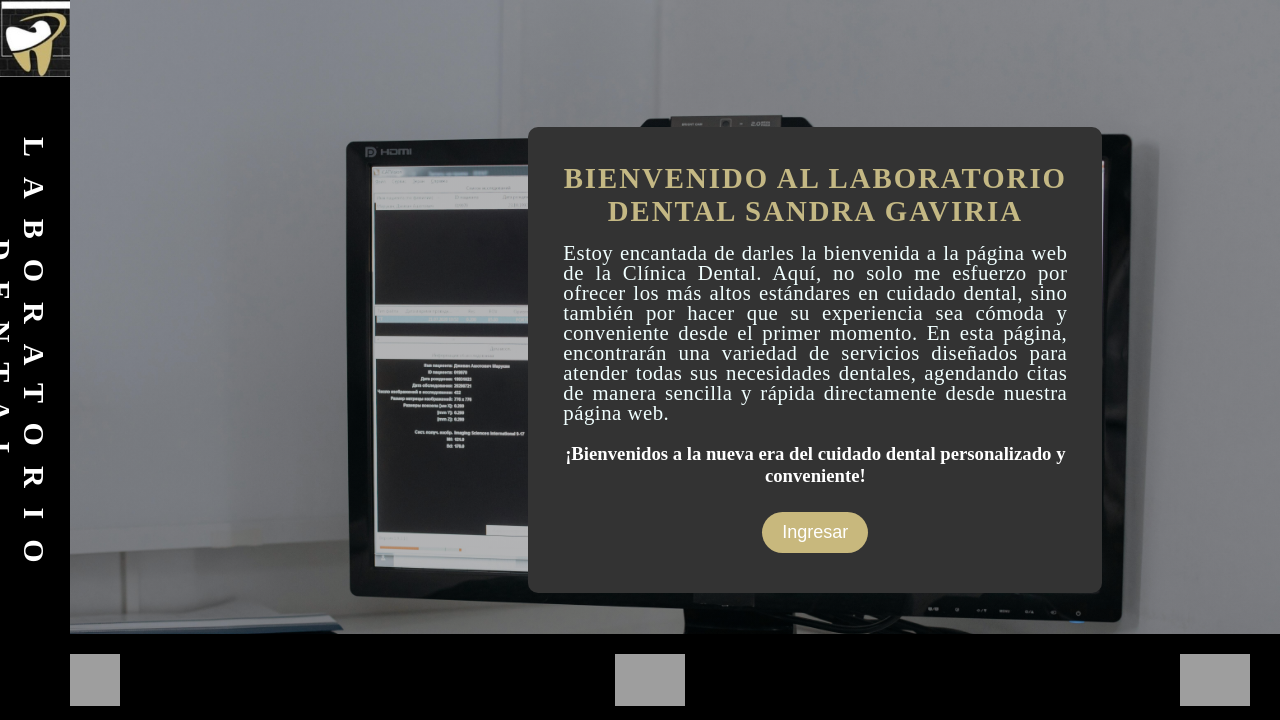
Repository: IIntef/ProyectoDental2.0
Page: Proyecto/Proyecto/Fer.html
An editor plug-in stored every save of this project. The page is shown before and after the next save, followed by the edit.
The browser window is 1280 px wide. The pictures show the whole page.
Pictures or frames that could not be fetched are drawn as grey boxes.

Above is the page before, as saved 2024-06-19 17:12:07.

### Proyecto/Proyecto/Fer.html
<!DOCTYPE html>
<html lang="en">
<head>
    <meta charset="UTF-8">
    <meta name="viewport" content="width=device-width, initial-scale=1.0">
    <title>Inicio</title>
    <link rel="stylesheet" href="StyleFer.css">
<body>
    <header>
        <img src="Logo.jpeg" alt="Logo Laboratorio Dental">
        <h1>LABORATORIO DENTAL</h1>
    </header>
    <main>
        <div class="container">
            <h2>BIENVENIDO AL LABORATORIO DENTAL SANDRA GAVIRIA</h2>
            <p>Estoy encantada de darles la bienvenida a la página web de la Clínica Dental. Aquí, no solo me esfuerzo por ofrecer los más altos estándares
            en cuidado dental, sino también por hacer que su experiencia sea cómoda y conveniente desde el primer momento.
            En esta página, encontrarán una variedad de servicios diseñados para atender todas sus necesidades dentales, agendando citas de manera sencilla y rápida directamente desde nuestra página web.</p>
            <h3>¡Bienvenidos a la nueva era del cuidado dental personalizado y conveniente!</h3>
            <div class="buttons">
                <button id="Ingresar">Ingresar</button>
            </div>
        </div>
    </main>
    <footer>
        <div class="contenedor1">
            <a href="https://www.facebook.com/profile.php?id=100042873386422&mibextid=ZbWKwL" class="icono-link">
                <img src="Facebook.png" alt="Facebook">
            </a>
            <a href="#" class="icono-link">
                <img src="Whatsapp.png" alt="Whatsapp">
            </a>
            <a href="https://maps.app.goo.gl/ANEuUgRV9diJPPBv7" class="icono-link">
                <img src="Ubicacion.png" alt="Ubicacion">
            </a>
        </div>
    </footer>
</body>
</html>

### Proyecto/Proyecto/StyleFer.css
header{
    position: relative;
    background-color: #000000;
    width: fit-content;
    height: 100vh;
    display: flex;
    flex-direction: column;
    align-items: center;
    justify-content: space-between;
    z-index: 1;
}

header h1 {
        position: absolute;
        top: 0;
        bottom: 0;
        left: 0;
        right: 0;
        margin: 27%;
        writing-mode: vertical-rl;
        letter-spacing: 20px;
        font-size: 30px;
        transform: rotate(0deg);
        color: #fff;
        font-weight: bold;
    }


header img {
    width: 8vw;
    max-width: 70px;
}

main{
    width: 100%;
    justify-content:center;
    align-items: center;
    margin-left: calc(55% - 6.5cm);
}

.container{
    flex: 1;
    background-color: #333;
    color: #ffffff;
    padding: 35px;
    text-align: center;
    width: 70vw;
    max-width: 70vh;
    border-radius: 10px;
}
body {
    padding: 0;
    margin: 0;
    font-family: 'Times New Roman', Times, serif, Helvetica, Arial, sans-serif;
    display: flex;
    align-items: center;
    min-height: 100%;
    background: linear-gradient(rgba(5,7,12,0.3), rgba(5,7,12,0.3)), url("Fondo.jpg"), no-repeat center center fixed;
    width: 100%;
    background-size: cover;
}

h1{
    margin: 0;
    color: white;
    font-family: 'Fredoka One', cursive;
    letter-spacing: 2px;
    font-size: clamp(1.5rem, 2.5vw, 2rem);
    text-align: center;
}

h2{
    margin: 0;
    color: #c4b884;
    font-family: 'Fredoka One';
    letter-spacing: 2px;
    font-size: clamp(1.2rem, 2.5vw, 1.8rem);
    text-align:center;
}

h3{
    color: #ffffff;
}

p{
    font-weight: 100;
    line-height: 20px;
    letter-spacing: 0.5px;
    margin: 15px 0 20px;
    font-size: clamp(1.2rem, 2.5vw, 1.3rem);
    text-align: justify;
    color:azure;
}


.buttons {
    margin-top: 20px;
    align-items: center;
}

button {
    font-size: large;
    background-color: #c8b87d;
    color: #ffffff;
    border: none;
    padding: 10px 20px;
    margin: 5px;
    cursor: pointer;
    border-radius: 30px; /* Bordes redondos */
    transition: background-color 0.3s; /* Transición suave del color de fondo */
}

button:hover {
    background-color: #c4b884; /* Cambia el color al pasar el cursor */
}

footer{
    position: fixed; /* Fijar el pie de página */
    bottom: 0; /* Alinearlo al fondo */
    left: 0; /* Alinearlo a la izquierda */
    width: 100%; /* Ocupar todo el ancho */
    background-color: #000000; /* Color de fondo */
    padding: 10px; /* Espaciado interior */
    text-align: right; /* Alinear contenido a la derecha */
    color: #ffffff; /* Color del texto */
}
h6{
    text-align: center;
    letter-spacing: 0cap;
}

footer img {
    width: 8vw;
    max-width: 70px;
}

.contenedor1 {
    max-width: 1200px;
    margin: 0 auto;
    padding: 0 20px;
    display: flex;
    justify-content: space-between;
    flex-basis: 45%;
}

.icono-link {
    margin-top: 10px;
}

.icono-link a {
    display: inline-block;
    margin-right: 10px;
}

.icono-link img {
    width: 8vw;
    max-width: 70px;
}
iframe img{
    width: 8vw;
    max-width: 70px;
}

After the next save:
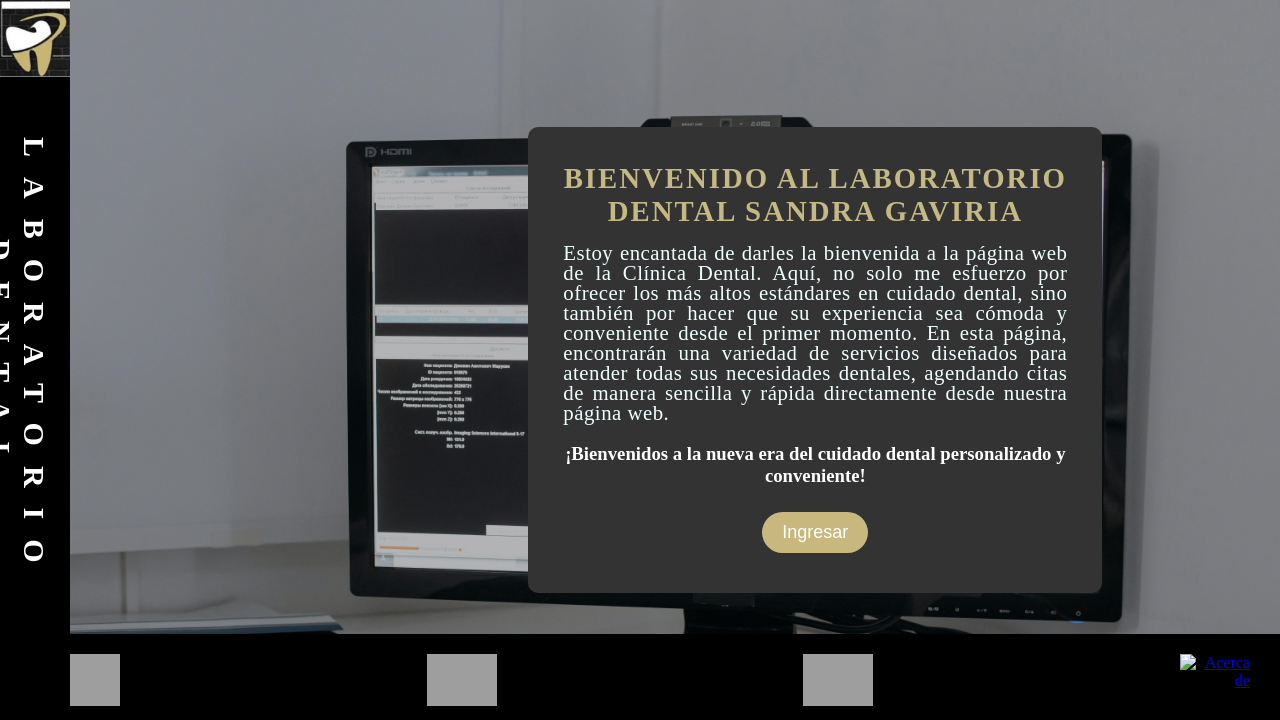
Not found: Proyecto/Proyecto/Acerca.png
Saved 11 min 57 s later.
--- a/Proyecto/Proyecto/Fer.html
+++ b/Proyecto/Proyecto/Fer.html
@@ -33,6 +33,10 @@
             <a href="https://maps.app.goo.gl/ANEuUgRV9diJPPBv7" class="icono-link">
                 <img src="Ubicacion.png" alt="Ubicacion">
             </a>
+            <a href="#" class="icono-link">
+                <img src="Acerca.png" alt="Acerca de">
+
+            </a>
         </div>
     </footer>
 </body>
